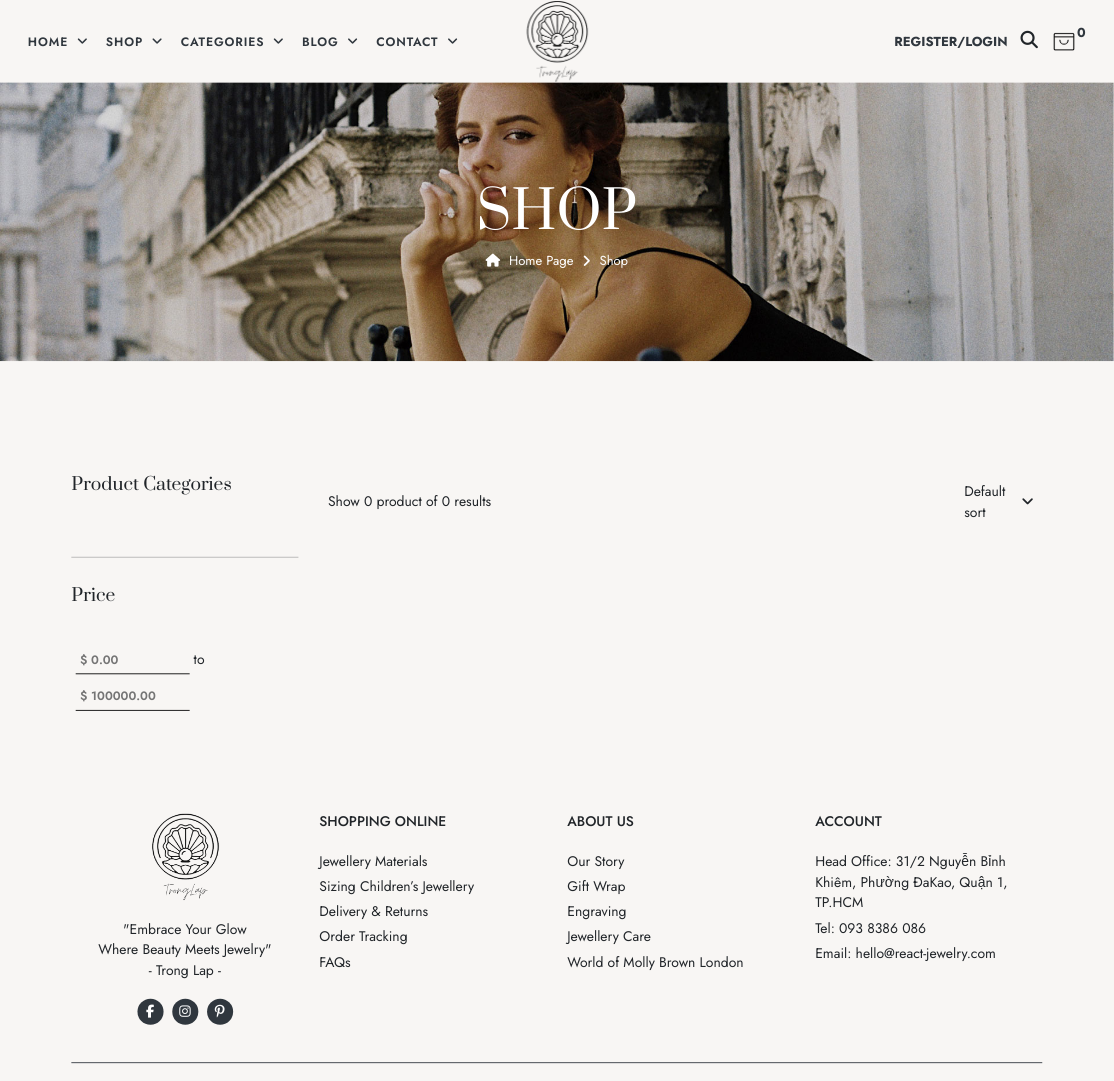
Repository: tronglap/react-jewelry
Page: /list-product
An editor plug-in stored every save of this project. The page is shown before and after the next save, followed by the edit.
The browser window is 1280 px wide. The pictures show the whole page, at 87% of full size.
The page's requests for data from a server got no answer. The project was rebuilt for these pictures with package versions that can differ from the ones it lists, and the page was loaded fresh each time. No one was signed in, and anything a server would have sent is missing. Also part of the build but not shown: src/component/Button/Button.css, src/component/Button/Button.js, src/component/SliderBar/SliderBar.css, src/component/SliderBar/SliderBar.js, src/component/Home/WWD/WWD.css, src/component/Home/WWD/WWD.js, src/component/Home/Home.css, src/component/Home/Categories/Categories.js and 14 more.

Above is the page before, as saved 2024-03-26 18:53:17.

After the next save:
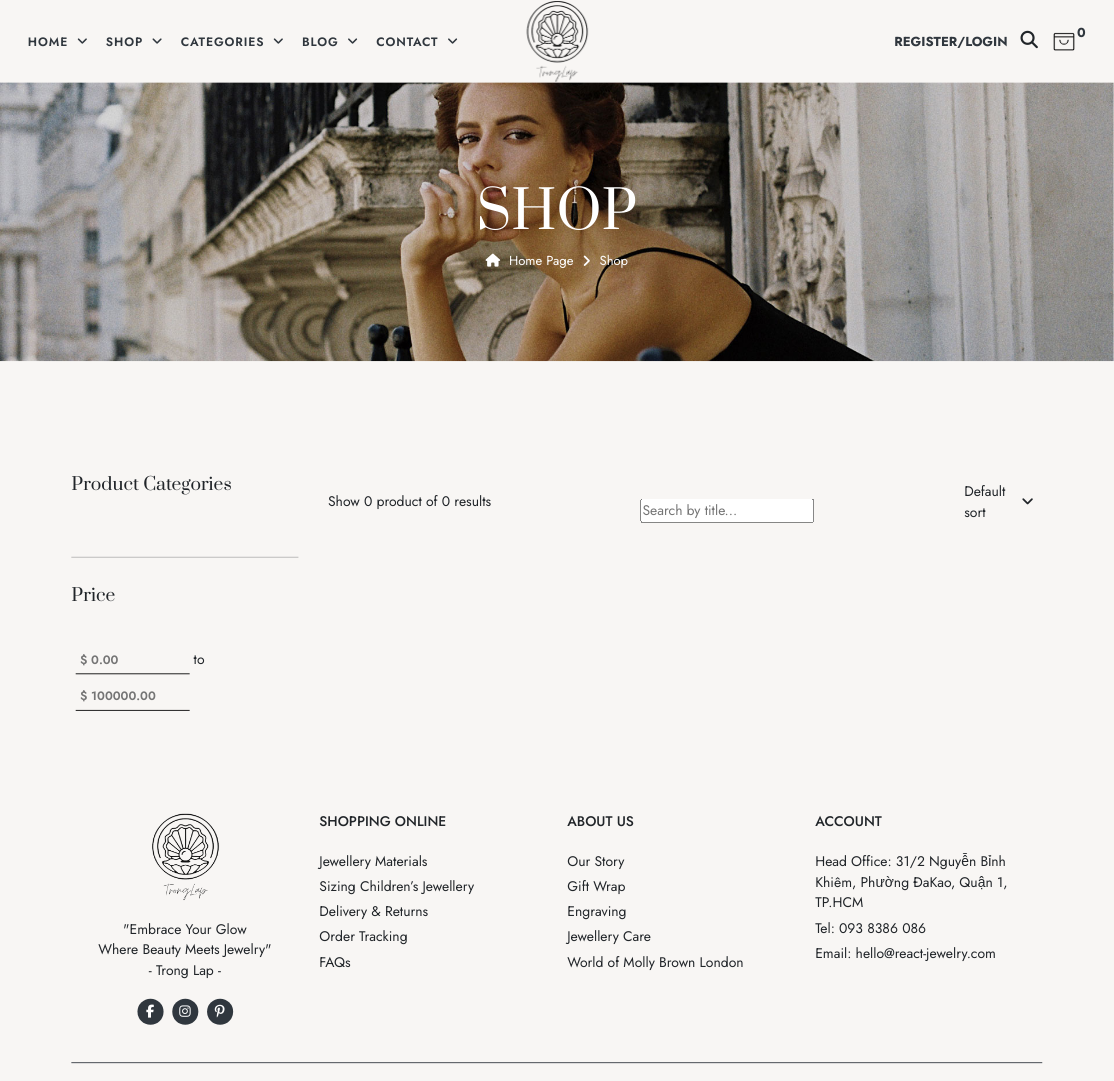
Saved 8 s later.
--- a/src/component/ListProduct/ListProduct.js
+++ b/src/component/ListProduct/ListProduct.js
@@ -125,6 +125,12 @@
                       Show {productFilter.length} product of {products.length}{" "}
                       results
                     </div>
+                    <input
+                      type="text"
+                      placeholder="Search by title..."
+                      value={filterKeyword}
+                      onChange={(e) => setFilterKeyword(e.target.value)}
+                    />
                     <div className="sort" onClick={handleSortClick}>
                       <p>Default sort</p>
                       <i className="fa-solid fa-angle-down"></i>
